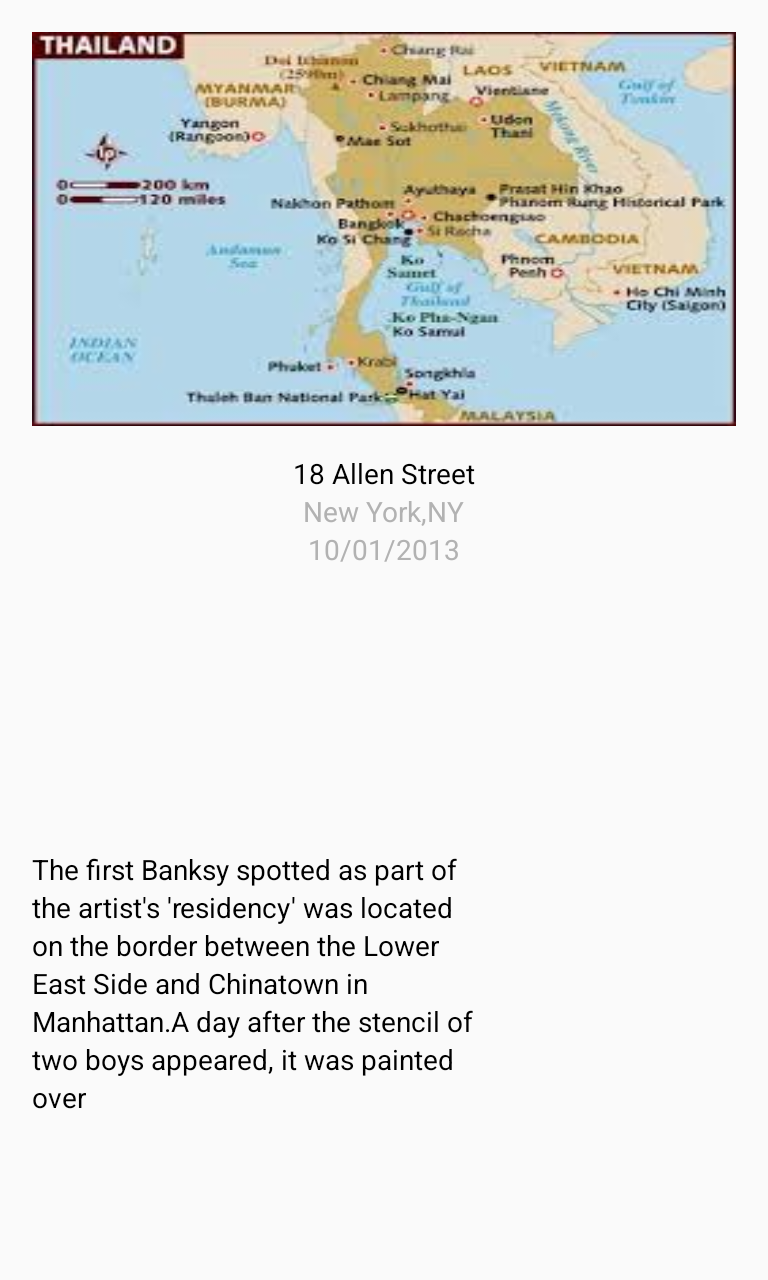
Repository: HarithaAmmuHari/Project
Layout: ExampleAnoop3/res/layout/activity_main.xml
The author's editor kept a copy of each file at every save. The layout is drawn from the files as they stood at one save, then again after the next save.
It is drawn on a 768 x 1280 px phone screen (xhdpi) without system bars, with theme AppTheme; the app's code is not run.

Above is the layout before, as saved 2015-01-24 09:55:51.

After the next save:
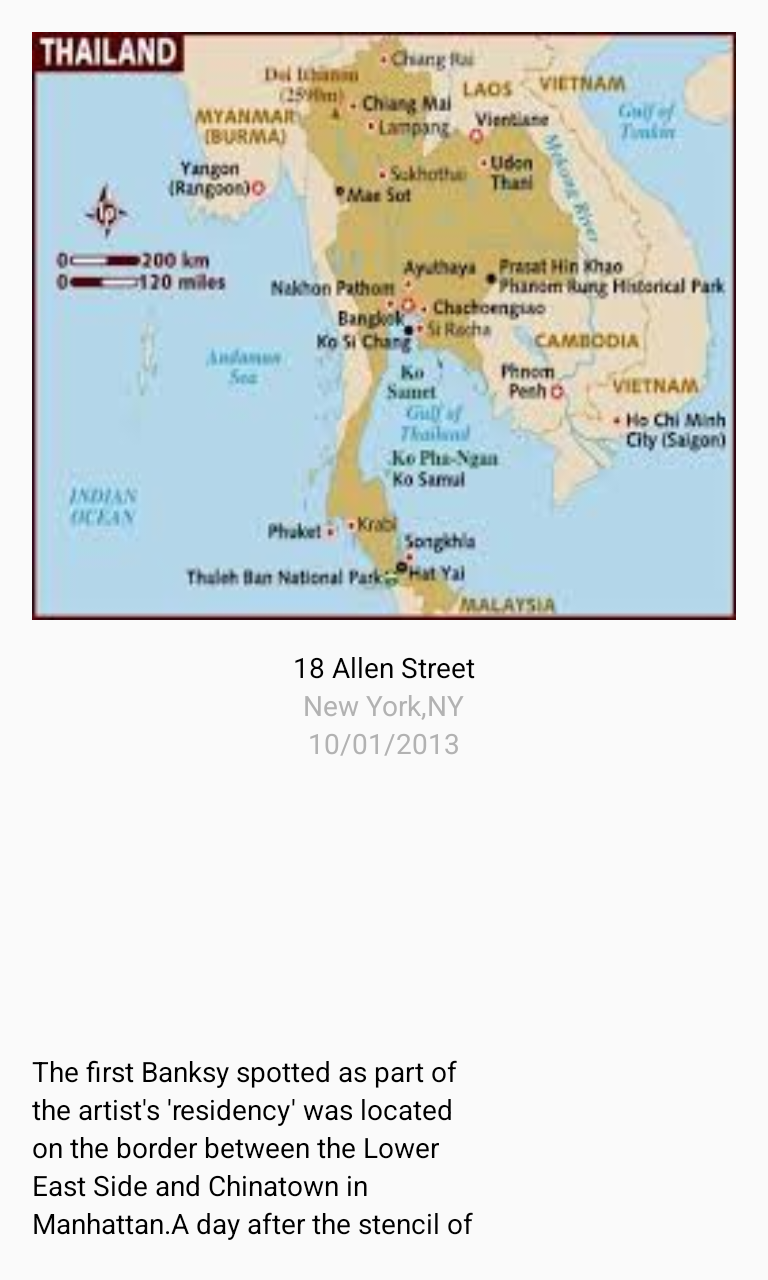
Saved 36 s later.
--- a/ExampleAnoop3/res/layout/activity_main.xml
+++ b/ExampleAnoop3/res/layout/activity_main.xml
@@ -29,7 +29,7 @@
 
     <LinearLayout
         android:layout_width="match_parent"
-        android:layout_height="wrap_content"
+        android:layout_height="0dp"
         android:layout_marginBottom="3dp"
         android:orientation="vertical"
          android:layout_weight="2.0"
@@ -66,7 +66,7 @@
 
     <LinearLayout
         android:layout_width="match_parent"
-        android:layout_height="wrap_content"
+        android:layout_height="0dp"
         android:orientation="vertical"
          android:layout_weight="2.0"
          android:layout_gravity="center">
